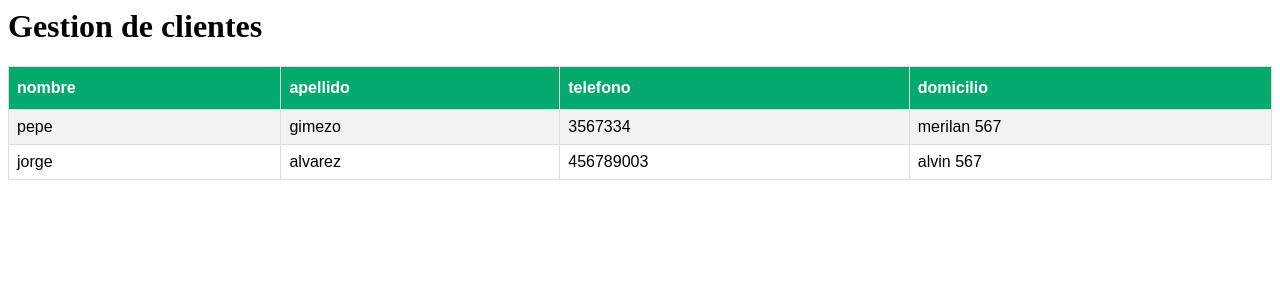
Repository: geraldine-ventura/Practicando.net
Page: index 2.html
These files come from the project's save history. The page is drawn as it stood at one moment and after the next save; the edit follows.
The browser window is 1280 px wide. The pictures show the whole page.

Above is the page before, as saved 2022-12-20 11:09:47.

### index 2.html
<h1>Gestion de clientes</h1>
<table id= "customers">
    <tr>
        <th>nombre</th>
        <th>apellido</th>
        <th>telefono</th>
        <th>domicilio</th>
    </tr>
    <tr>
        <td>pepe</td>
        <td>gimezo</td>
        <td>3567334</td>
        <td>merilan 567</td>
    </tr>
    <tr>
        <td>jorge</td>
        <td>alvarez</td>
        <td>456789003</td>
        <td>alvin 567</td>
    </tr>
</table>

<style>
    #customers {
      font-family: Arial, Helvetica, sans-serif;
      border-collapse: collapse;
      width: 100%;
    }

    #customers td, #customers th {
      border: 1px solid #ddd;
      padding: 8px;
    }

    #customers tr:nth-child(even){background-color: #f2f2f2;}

    #customers tr:hover {background-color: #ddd;}

    #customers th {
      padding-top: 12px;
      padding-bottom: 12px;
      text-align: left;
      background-color: #04AA6D;
      color: white;
    }
    </style>

After the next save:
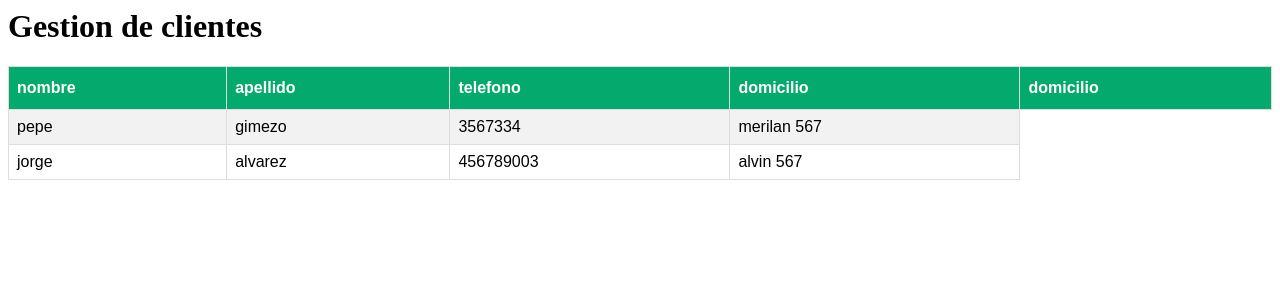
Saved 50 s later.
--- a/index 2.html
+++ b/index 2.html
@@ -4,6 +4,7 @@
         <th>nombre</th>
         <th>apellido</th>
         <th>telefono</th>
+        <th>domicilio</th>
         <th>domicilio</th>
     </tr>
     <tr>
